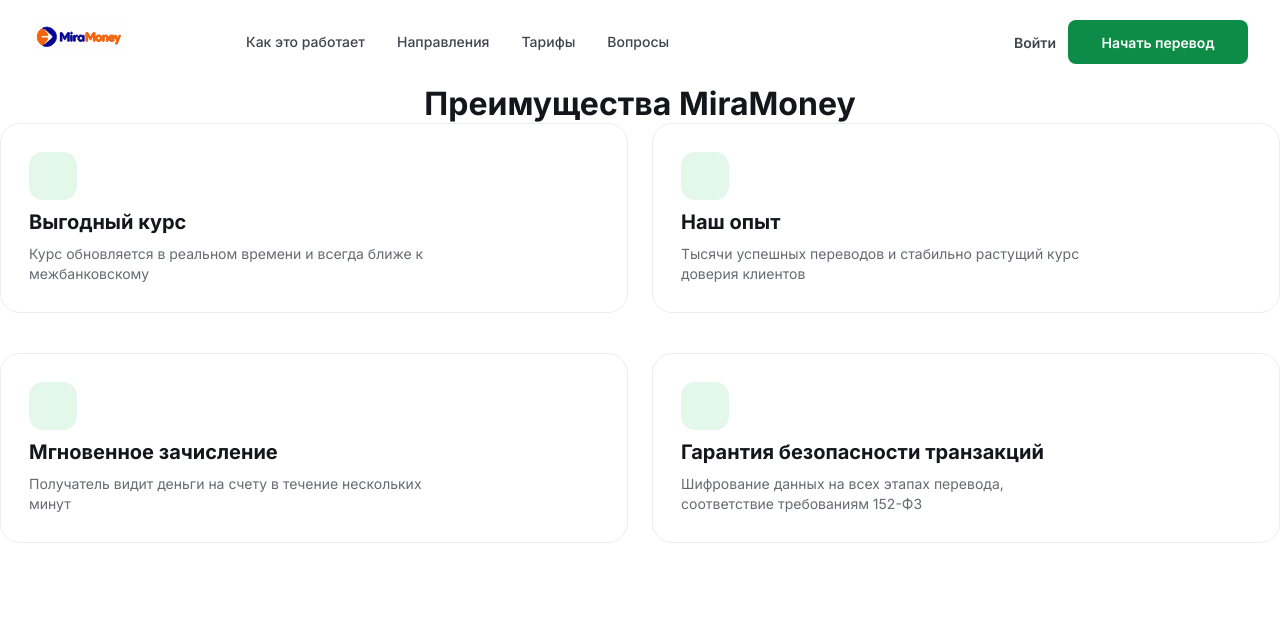
Repository: Shaiyr1/mira-money
Page: index.html
An editor plug-in stored every save of this project. The page is shown before and after the next save, followed by the edit.
The browser window is 1280 px wide. The pictures show the whole page.

Above is the page before, as saved 2026-10-20 16:36:56.

After the next save:
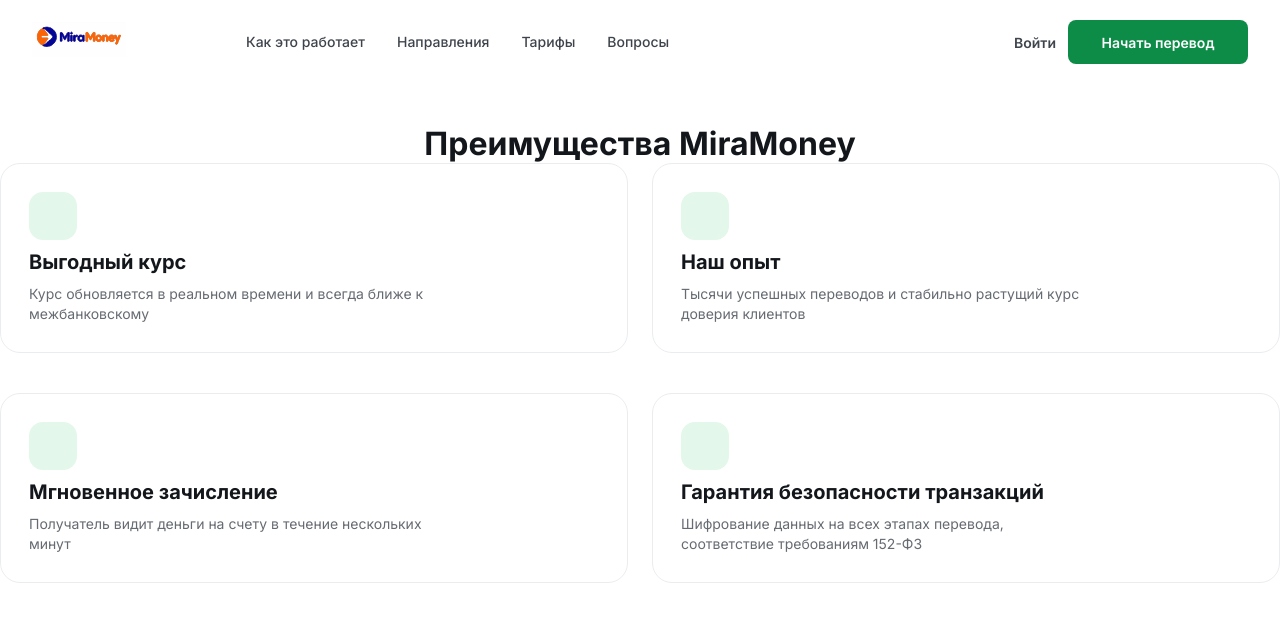
Saved 48 s later.
--- a/src/css/style.css
+++ b/src/css/style.css
@@ -95,7 +95,9 @@
 
 
 
-.advantages {}
+.advantages {
+    padding-top: 40px;
+}
 
 .advantages__title {
     color: #13171b;
